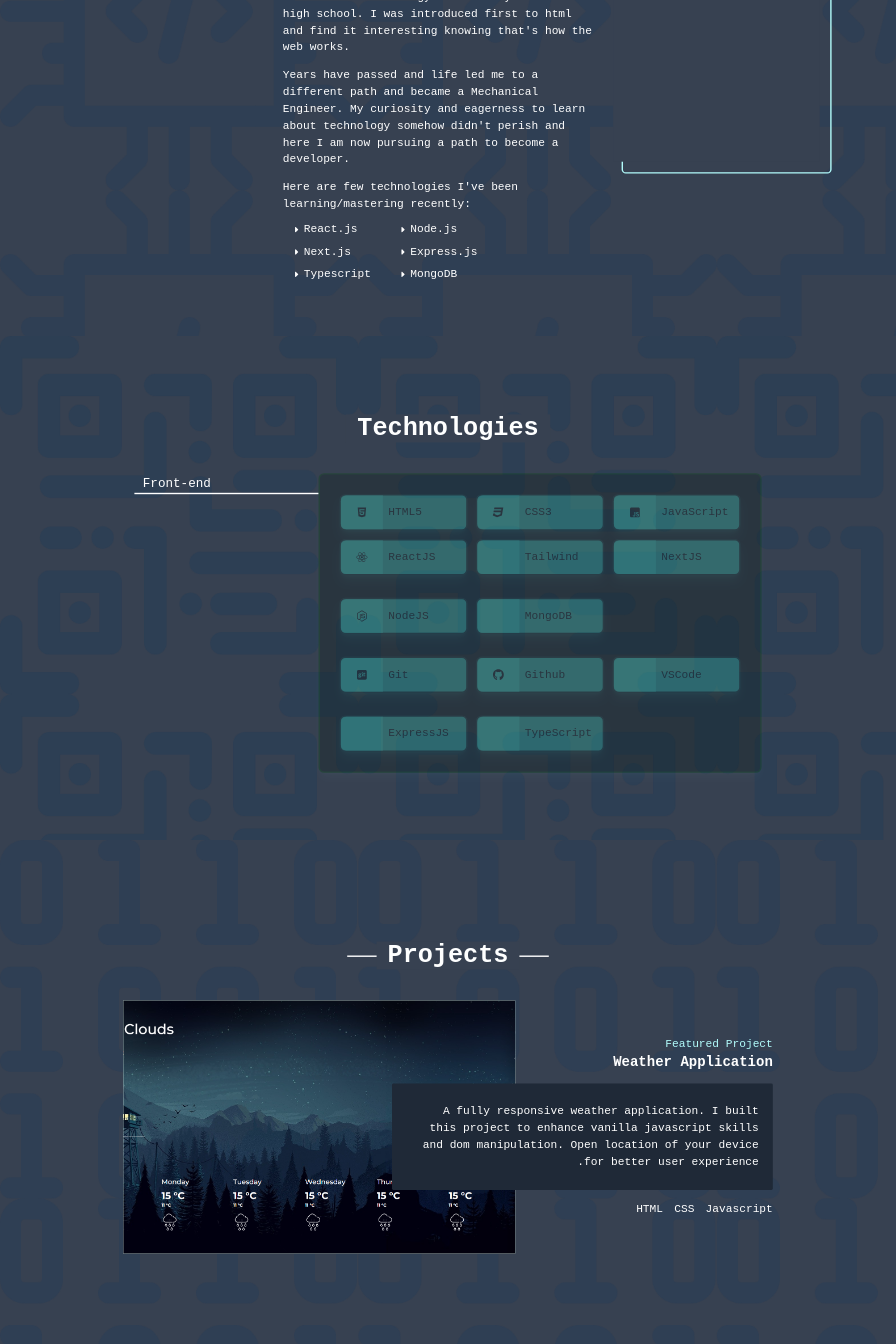
Repository: riandev25/nextjs-portfolio
Page: /
These files come from the project's save history. The page is drawn as it stood at one moment and after the next save; the edit follows.
The browser window is 1280 px wide. The pictures show the part of the page from y = 960 to 2880 px (the page is 2880 px tall), at 70% of full size.
Backgrounds fixed to the window are drawn as part of the page. The project was rebuilt for these pictures with package versions that can differ from the ones it lists, and the page was loaded fresh each time. The framework's server and built-in components were replaced by stand-ins that run in the browser. Also part of the build but not shown: next.config.js, components/Home/Keyboard/index.module.css, components/Home/Keyboard/index.jsx, components/About/Contacts.jsx.

Above is the page before, as saved 2022-11-13 11:45:51.

After the next save:
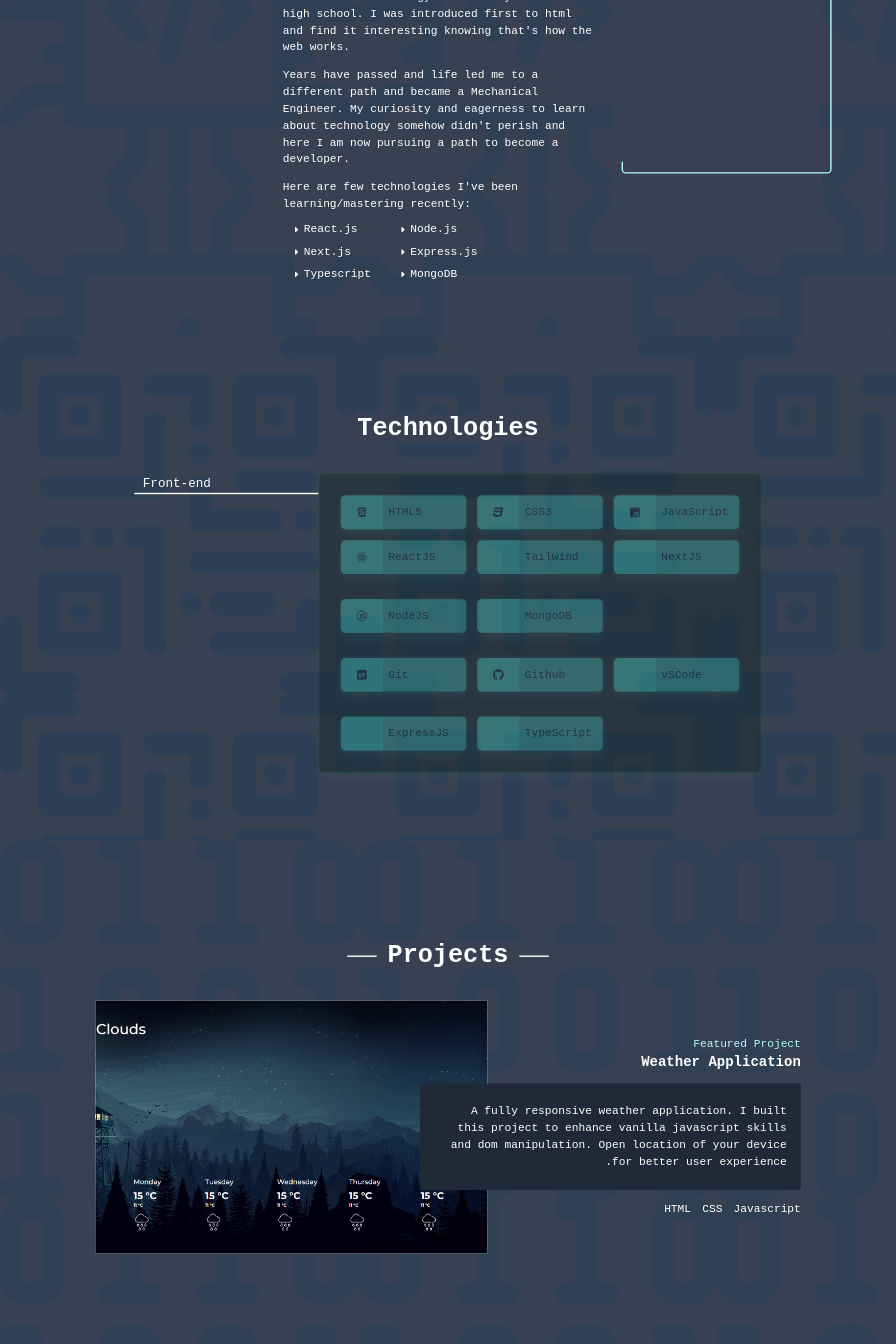
Saved 27 s later.
--- a/components/Projects/index.jsx
+++ b/components/Projects/index.jsx
@@ -35,7 +35,7 @@ const Projects = () => {
           />
         </section>
         <section
-          className='z-20 w-[23rem] overflow-visible space-y-4 lg:w=[28rem]'
+          className='z-20 w-[23rem] overflow-visible space-y-4 lg:w-[28rem]'
           dir='rtl'
         >
           <div className='flex flex-col justify-end items-end' dir='ltr'>
